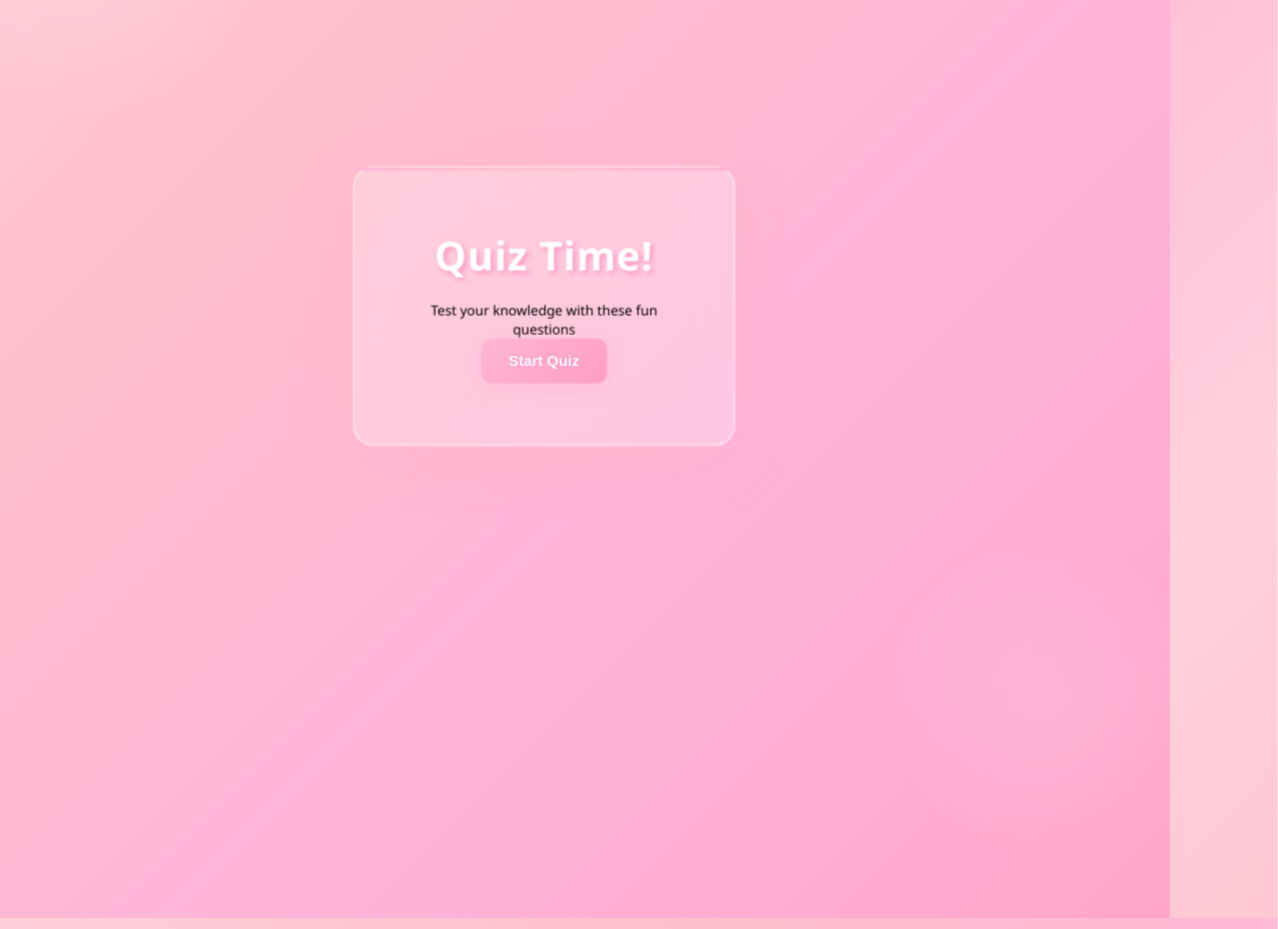
Repository: Leangheng-huge/quiz_game
Page: quiz/index.html
The author's editor kept a copy of each file at every save. The page is drawn from the files as they stood at one save, then again after the next save.
The browser window is 1280 px wide. The page is 1503 px wide, so the pictures cover 1503 px, including what lies to the right of the window. The pictures show the whole page, at 85% of full size.

Above is the page before, as saved 2025-12-17 15:04:52.

After the next save:
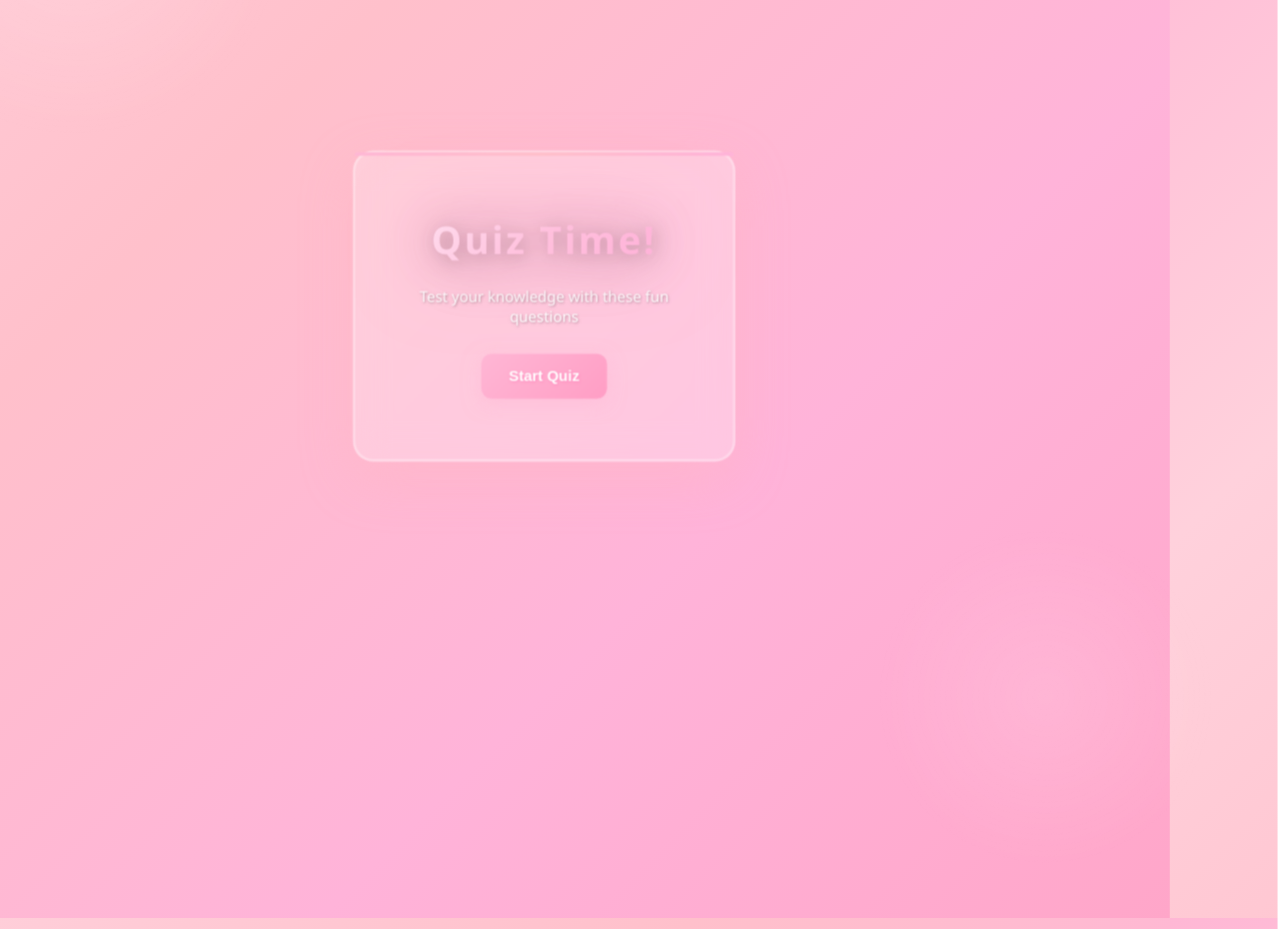
Saved 6 s later.
--- a/quiz/style.css
+++ b/quiz/style.css
@@ -111,20 +111,42 @@ body::after {
 #start-screen h1{
     font-size: 2.8rem;
     margin-bottom: 1.5rem;
-    color: #fff;
-    text-shadow: 3px 3px 6px rgba(255, 105, 180, 0.5);
-    font-weight: 800;
-    letter-spacing: 1px;
-    animation: pulse 2s ease-in-out infinite;
+    background: linear-gradient(135deg, #ffffff 0%, #ffe0f0 25%, #ffc0dd 50%, #ffb0d8 75%, #ffffff 100%);
+    background-size: 200% 200%;
+    -webkit-background-clip: text;
+    -webkit-text-fill-color: transparent;
+    background-clip: text;
+    filter: drop-shadow(0 0 25px rgba(255, 182, 213, 0.8))
+            drop-shadow(0 0 45px rgba(255, 105, 180, 0.5))
+            drop-shadow(3px 3px 10px rgba(0, 0, 0, 0.3));
+    font-weight: 900;
+    letter-spacing: 3px;
+    animation: textShine 4s ease-in-out infinite;
+}
+
+@keyframes textShine {
+    0%, 100% { background-position: 0% 50%; }
+    50% { background-position: 100% 50%; }
+}
+
+#start-screen p{
+    color: #fff;
+    font-size: 1.1rem;
+    margin-bottom: 2rem;
+    text-shadow: 1px 1px 3px rgba(0, 0, 0, 0.3);
 }
 
 .quiz-header{
     display: flex;
-    justify-content: space-between;
-    margin-bottom: 1.5rem;
+    flex-direction: column;
+    margin-bottom: 1.5rem;
+}
+
+.quiz-header h2{
     color: #fff;
     text-shadow: 2px 2px 4px rgba(255, 105, 180, 0.4);
     font-weight: 600;
+    margin-bottom: 1rem;
 }
 
 #question-text{
@@ -143,9 +165,10 @@ body::after {
     color: #fff;
     margin-bottom: 15px;
     font-weight: 600;
-}
-
-.answer-container{
+    text-shadow: 1px 1px 3px rgba(0, 0, 0, 0.2);
+}
+
+.answers-container{
     display: flex;
     flex-direction: column;
     gap: 1rem;
@@ -185,7 +208,6 @@ body::after {
     height: 300px;
 }
 
-
 .answer-btn:hover{
     background: rgba(255, 255, 255, 0.45);
     border-color: rgba(255, 255, 255, 0.7);
@@ -278,7 +300,7 @@ body::after {
     font-weight: 600;
 }
 
-.result-message{
+#result-message{
     font-size: 1.15rem;
     color: #fff;
     text-shadow: 2px 2px 4px rgba(255, 105, 180, 0.4);
@@ -300,8 +322,6 @@ button{
     box-shadow: 0 6px 20px rgba(255, 183, 213, 0.5);
     position: relative;
     overflow: hidden;
-    z-index: 100;
-    pointer-events: auto;
 }
 
 button::before {
